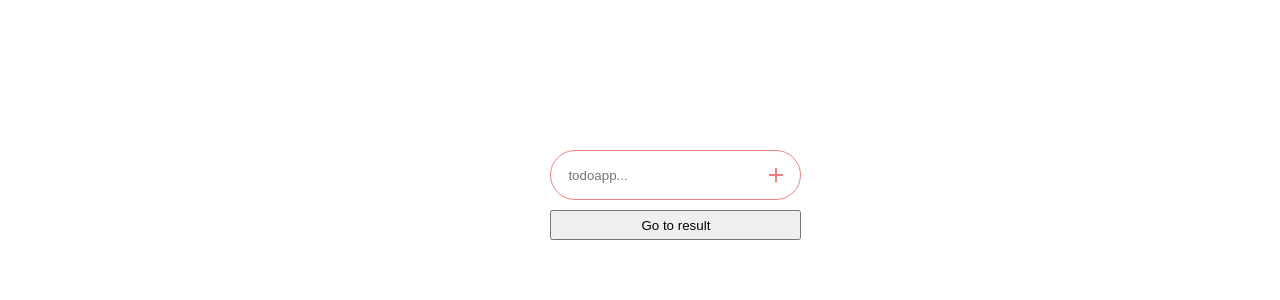
Repository: ehabmelhem/React-Redux--todoapp
Page: / (app in todoapp/)
These files come from the project's save history. The page is drawn as it stood at one moment and after a run of saves; the edit follows.
The browser window is 1280 px wide. The pictures show the whole page.
The project was rebuilt for these pictures with package versions that can differ from the ones it lists, and the page was loaded fresh each time. Imported but missing from the stored project, and not drawn on this page: todoapp/src/redux/reducers.

Above is the page before, as saved 2021-01-30 18:20:52.

### todoapp/src/index.js
import React from "react";
import ReactDOM from "react-dom";
import "./index.css";
import App from "./App";
import reportWebVitals from "./reportWebVitals";
import { Provider } from "react-redux";
import store from "./redux/store";
ReactDOM.render(
  <React.StrictMode>
    {/* <Provider store={store}> */}
    <App />
    {/* </Provider> */}
  </React.StrictMode>,
  document.getElementById("root")
);

// If you want to start measuring performance in your app, pass a function
// to log results (for example: reportWebVitals(console.log))
// or send to an analytics endpoint. Learn more: https://bit.ly/CRA-vitals
reportWebVitals();

### todoapp/src/App.js
import "./App.css";
import IconButton from "@material-ui/core/IconButton";
import AddIcon from "@material-ui/icons/Add";
function App() {
  const clickhandler = (e) => {
    e.preventDefault();
  };
  return (
    <div className="app">
      <div className="container">
        <form className="flex">
          <input autoFocus placeholder="todoapp..." type="text" />
          <IconButton onClick={clickhandler} type="submit" className="addbtn">
            <AddIcon />
          </IconButton>
        </form>
        <button className="btn">Go to result</button>
      </div>
    </div>
  );
}

export default App;

### todoapp/src/App.css
.addbtn {
  color: lightcoral !important;
}
.container {
  margin-left: 43vw;
  margin-top: 150px;
  width: fit-content;
}
.flex {
  width: fit-content;
  border: 1px solid lightcoral;
  display: flex;
  align-items: center;
  border-radius: 999px;
}
.flex > input {
  margin-left: 10px;
  padding: 7px;
  border: none;
  outline: none;
}
.btn {
  margin-top: 10px;
  width: 100%;
  height: 30px;
}

Loaded but not shown: todoapp/public/index.html (common file); todoapp/src/index.css (common file); todoapp/src/reportWebVitals.js (common file); todoapp/src/redux/store.js (common file)

After the next 4 saves:
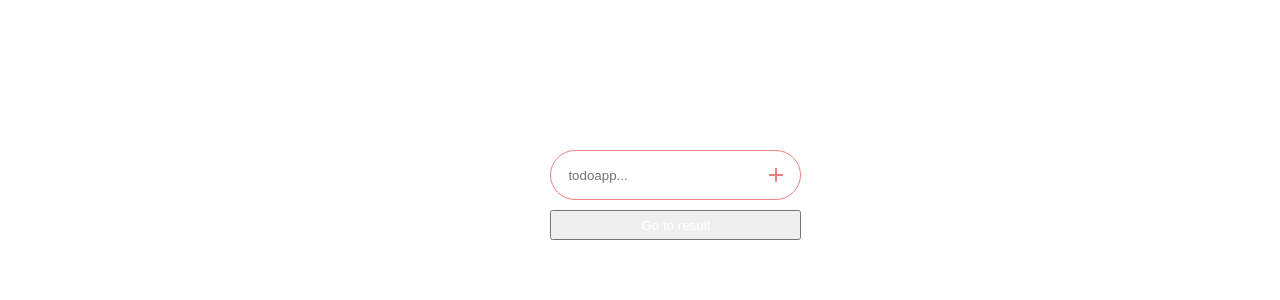
The 4 saves are shown as one change because they came seconds apart.
The last was saved 12 s later.
--- a/todoapp/src/App.css
+++ b/todoapp/src/App.css
@@ -23,4 +23,6 @@
   margin-top: 10px;
   width: 100%;
   height: 30px;
+  color: white;
+  background-color: lig;
 }
